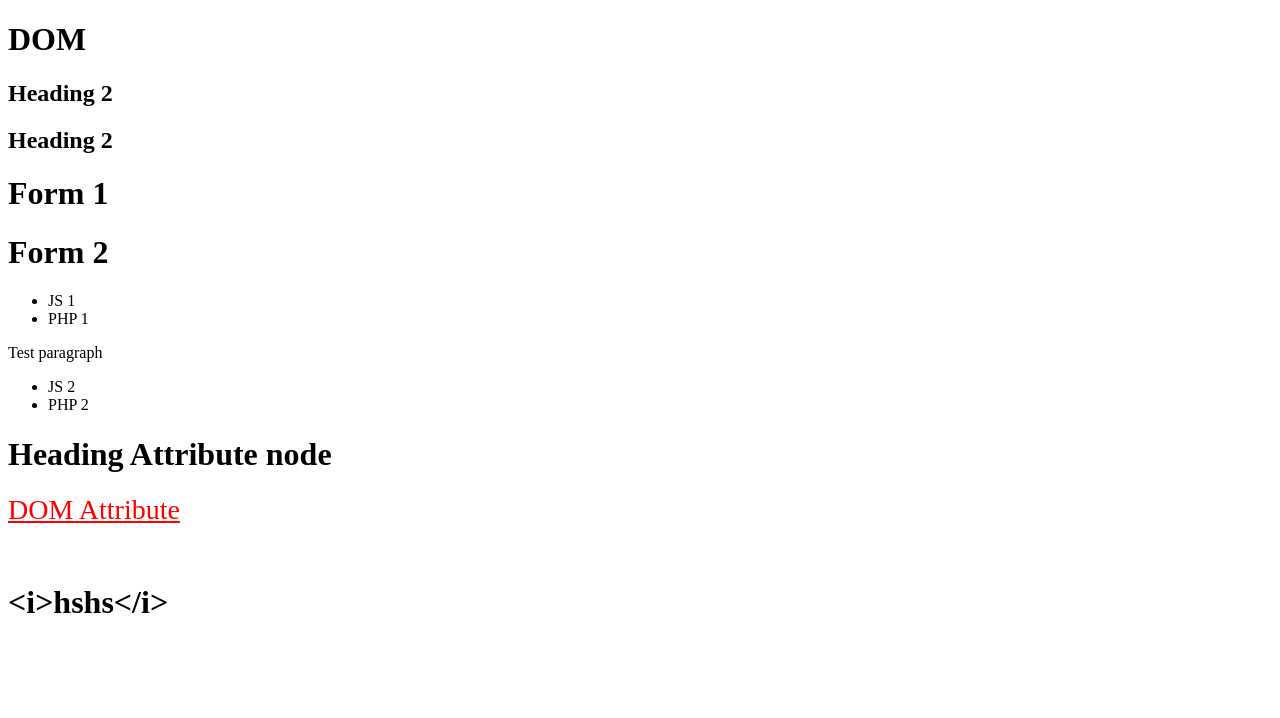
Repository: tannv3201/learn_JS_F8
Page: DOM/index.html
These files come from the project's save history. The page is drawn as it stood at one moment and after the next save; the edit follows.
The browser window is 1280 px wide. The pictures show the whole page.

Above is the page before, as saved 2022-08-07 09:08:12.

After the next save:
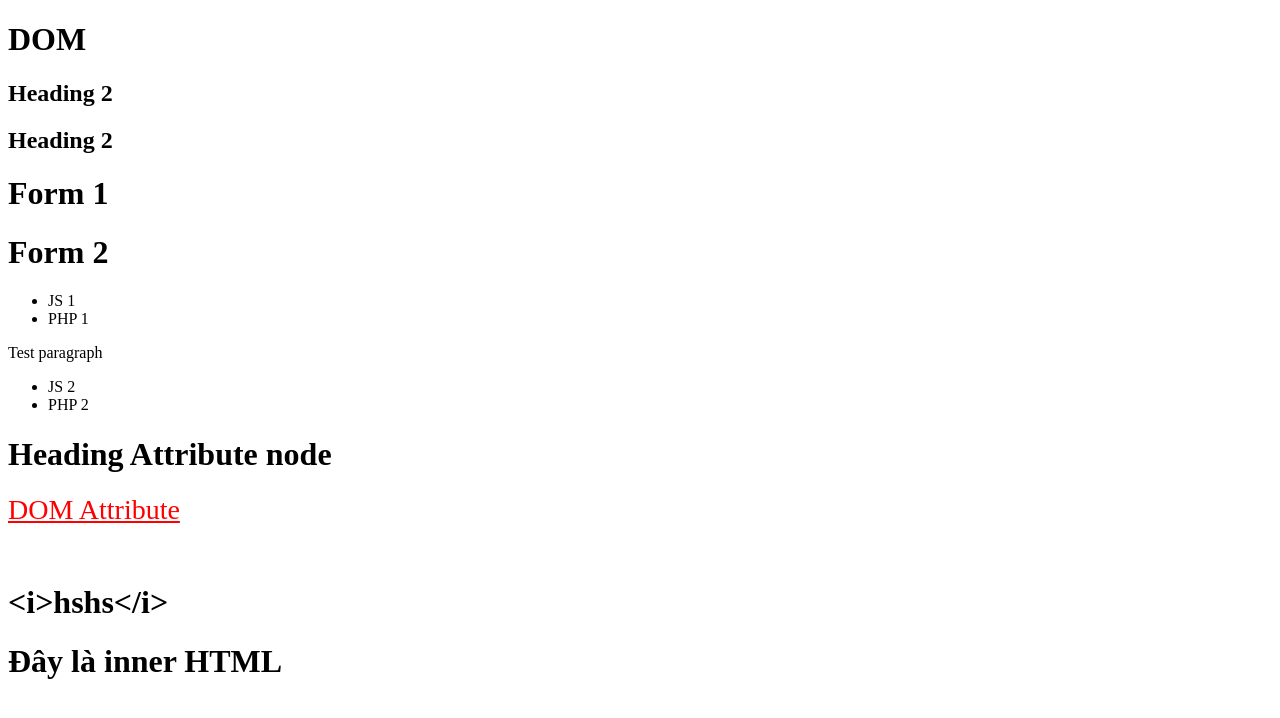
Saved 92 s later.
--- a/DOM/main.js
+++ b/DOM/main.js
@@ -129,6 +129,7 @@ console.log('inner Text: ',headingElement.innerText)
 // Thêm Element vào trong 1 Element trong DOM
 // InnerHTML
     var boxElement = document.querySelector('.box-element');
+    boxElement.outerHTML = '<h1>Đây là inner HTML</h1>'
     console.log(boxElement)
 
 // OuterHTML
